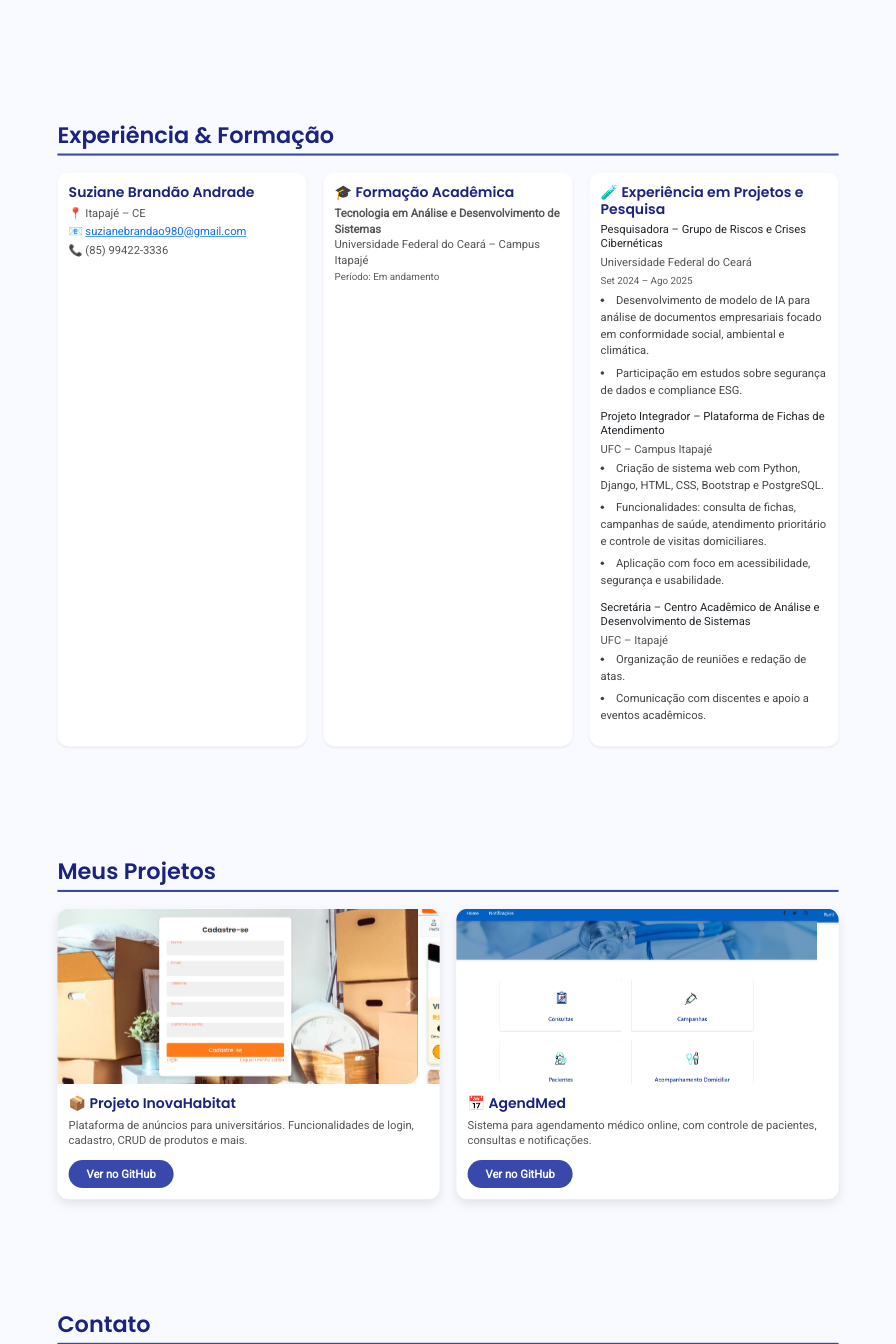
Repository: Suziane90/Portifolio
Page: index2.html
The author's editor kept a copy of each file at every save. The page is drawn from the files as they stood at one save, then again after the next save.
The browser window is 1280 px wide. The pictures show the part of the page from y = 495 to 2415 px (the page is 2686 px tall before and 3303 px after), at 70% of full size.

Above is the page before, as saved 2025-07-24 11:03:57.

After the next save:
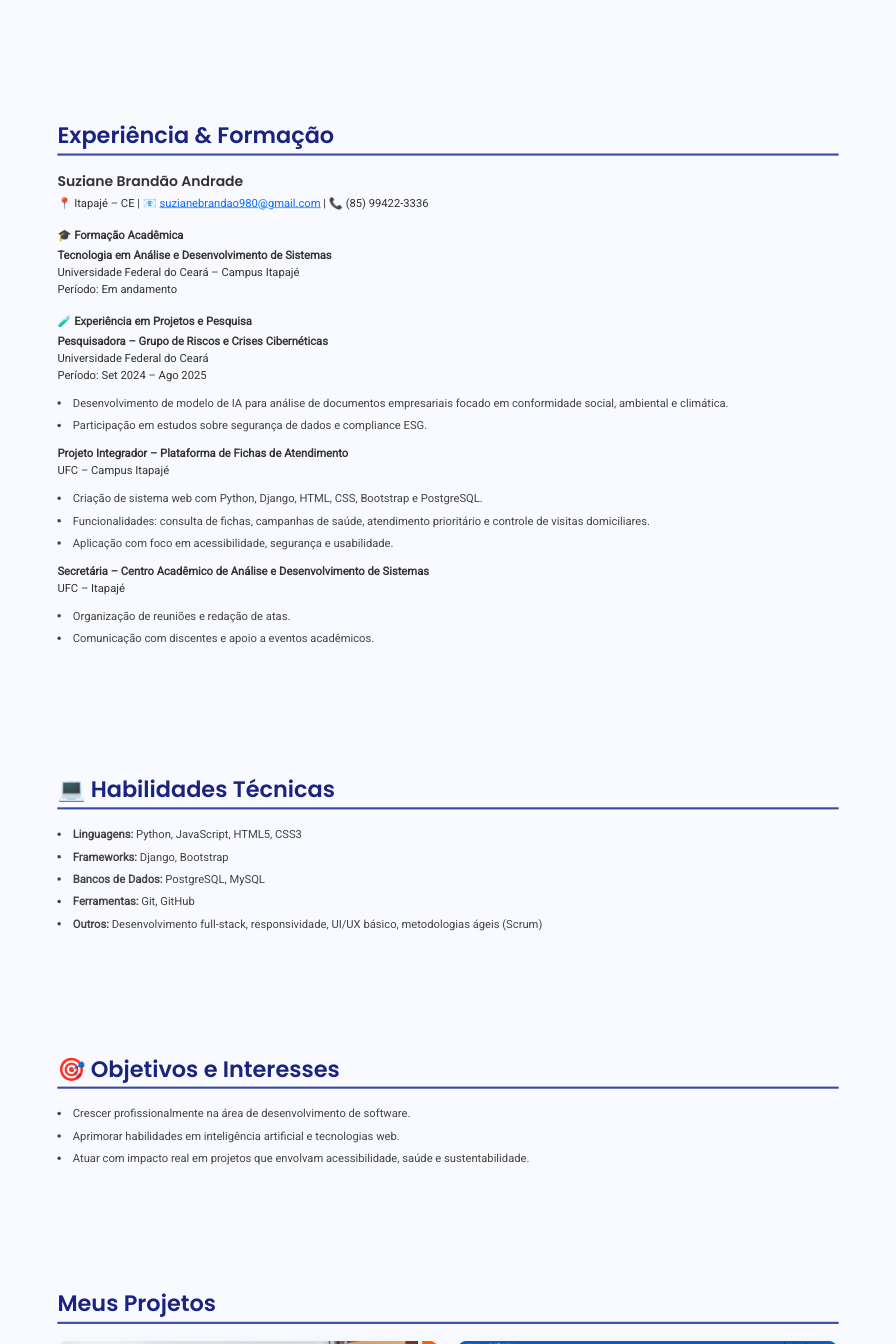
Saved 30 s later.
--- a/index2.html
+++ b/index2.html
@@ -207,69 +207,69 @@
 
     <!-- Experiência & Formação -->
     <section id="experiencia" class="mb-5">
-  <h2>Experiência & Formação</h2>
-
-  <div class="row gy-4">
-
-    <!-- Contato pessoal -->
-    <div class="col-md-4">
-      <div class="card shadow-sm h-100 border-0">
-        <div class="card-body">
-          <h5 class="card-title fw-bold">Suziane Brandão Andrade</h5>
-          <p class="card-text mb-1">📍 Itapajé – CE</p>
-          <p class="card-text mb-1">📧 <a href="mailto:suzianebrandao980@gmail.com" class="link-primary">suzianebrandao980@gmail.com</a></p>
-          <p class="card-text">📞 (85) 99422-3336</p>
-        </div>
-      </div>
-    </div>
-
-    <!-- Formação Acadêmica -->
-    <div class="col-md-4">
-      <div class="card shadow-sm h-100 border-0">
-        <div class="card-body">
-          <h5 class="card-title fw-bold">🎓 Formação Acadêmica</h5>
-          <p class="card-text mb-0"><strong>Tecnologia em Análise e Desenvolvimento de Sistemas</strong></p>
-          <p class="card-text mb-0">Universidade Federal do Ceará – Campus Itapajé</p>
-          <p class="card-text"><small class="text-muted">Período: Em andamento</small></p>
-        </div>
-      </div>
-    </div>
-
-    <!-- Experiência -->
-    <div class="col-md-4">
-      <div class="card shadow-sm h-100 border-0">
-        <div class="card-body">
-          <h5 class="card-title fw-bold">🧪 Experiência em Projetos e Pesquisa</h5>
-
-          <h6 class="mt-2">Pesquisadora – Grupo de Riscos e Crises Cibernéticas</h6>
-          <p class="mb-1">Universidade Federal do Ceará</p>
-          <p class="mb-1"><small class="text-muted">Set 2024 – Ago 2025</small></p>
-          <ul>
-            <li>Desenvolvimento de modelo de IA para análise de documentos empresariais focado em conformidade social, ambiental e climática.</li>
-            <li>Participação em estudos sobre segurança de dados e compliance ESG.</li>
-          </ul>
-
-          <h6 class="mt-3">Projeto Integrador – Plataforma de Fichas de Atendimento</h6>
-          <p class="mb-1">UFC – Campus Itapajé</p>
-          <ul>
-            <li>Criação de sistema web com Python, Django, HTML, CSS, Bootstrap e PostgreSQL.</li>
-            <li>Funcionalidades: consulta de fichas, campanhas de saúde, atendimento prioritário e controle de visitas domiciliares.</li>
-            <li>Aplicação com foco em acessibilidade, segurança e usabilidade.</li>
-          </ul>
-
-          <h6 class="mt-3">Secretária – Centro Acadêmico de Análise e Desenvolvimento de Sistemas</h6>
-          <p class="mb-1">UFC – Itapajé</p>
-          <ul>
-            <li>Organização de reuniões e redação de atas.</li>
-            <li>Comunicação com discentes e apoio a eventos acadêmicos.</li>
-          </ul>
-        </div>
-      </div>
-    </div>
-
-  </div>
-</section>
-
+      <h2>Experiência & Formação</h2>
+
+      <div class="mb-4">
+        <h5><strong>Suziane Brandão Andrade</strong></h5>
+        <p>📍 Itapajé – CE | 📧 <a href="mailto:suzianebrandao980@gmail.com" class="link-primary">suzianebrandao980@gmail.com</a> | 📞 (85) 99422-3336</p>
+      </div>
+
+      <div class="mb-4">
+        <h6><strong>🎓 Formação Acadêmica</strong></h6>
+        <p><strong>Tecnologia em Análise e Desenvolvimento de Sistemas</strong><br />
+          Universidade Federal do Ceará – Campus Itapajé<br />
+          Período: Em andamento
+        </p>
+      </div>
+
+      <div class="mb-4">
+        <h6><strong>🧪 Experiência em Projetos e Pesquisa</strong></h6>
+        <p><strong>Pesquisadora – Grupo de Riscos e Crises Cibernéticas</strong><br />
+          Universidade Federal do Ceará<br />
+          Período: Set 2024 – Ago 2025</p>
+        <ul>
+          <li>Desenvolvimento de modelo de IA para análise de documentos empresariais focado em conformidade social, ambiental e climática.</li>
+          <li>Participação em estudos sobre segurança de dados e compliance ESG.</li>
+        </ul>
+
+        <p><strong>Projeto Integrador – Plataforma de Fichas de Atendimento</strong><br />
+          UFC – Campus Itapajé</p>
+        <ul>
+          <li>Criação de sistema web com Python, Django, HTML, CSS, Bootstrap e PostgreSQL.</li>
+          <li>Funcionalidades: consulta de fichas, campanhas de saúde, atendimento prioritário e controle de visitas domiciliares.</li>
+          <li>Aplicação com foco em acessibilidade, segurança e usabilidade.</li>
+        </ul>
+
+        <p><strong>Secretária – Centro Acadêmico de Análise e Desenvolvimento de Sistemas</strong><br />
+          UFC – Itapajé</p>
+        <ul>
+          <li>Organização de reuniões e redação de atas.</li>
+          <li>Comunicação com discentes e apoio a eventos acadêmicos.</li>
+        </ul>
+      </div>
+    </section>
+
+    <!-- Habilidades Técnicas -->
+    <section id="habilidades" class="mb-5">
+      <h2>💻 Habilidades Técnicas</h2>
+      <ul>
+        <li><strong>Linguagens:</strong> Python, JavaScript, HTML5, CSS3</li>
+        <li><strong>Frameworks:</strong> Django, Bootstrap</li>
+        <li><strong>Bancos de Dados:</strong> PostgreSQL, MySQL</li>
+        <li><strong>Ferramentas:</strong> Git, GitHub</li>
+        <li><strong>Outros:</strong> Desenvolvimento full-stack, responsividade, UI/UX básico, metodologias ágeis (Scrum)</li>
+      </ul>
+    </section>
+
+    <!-- Objetivos e Interesses -->
+    <section id="objetivos" class="mb-5">
+      <h2>🎯 Objetivos e Interesses</h2>
+      <ul>
+        <li>Crescer profissionalmente na área de desenvolvimento de software.</li>
+        <li>Aprimorar habilidades em inteligência artificial e tecnologias web.</li>
+        <li>Atuar com impacto real em projetos que envolvam acessibilidade, saúde e sustentabilidade.</li>
+      </ul>
+    </section>
 
     <!-- Projetos -->
     <section id="projetos" class="mb-5">
